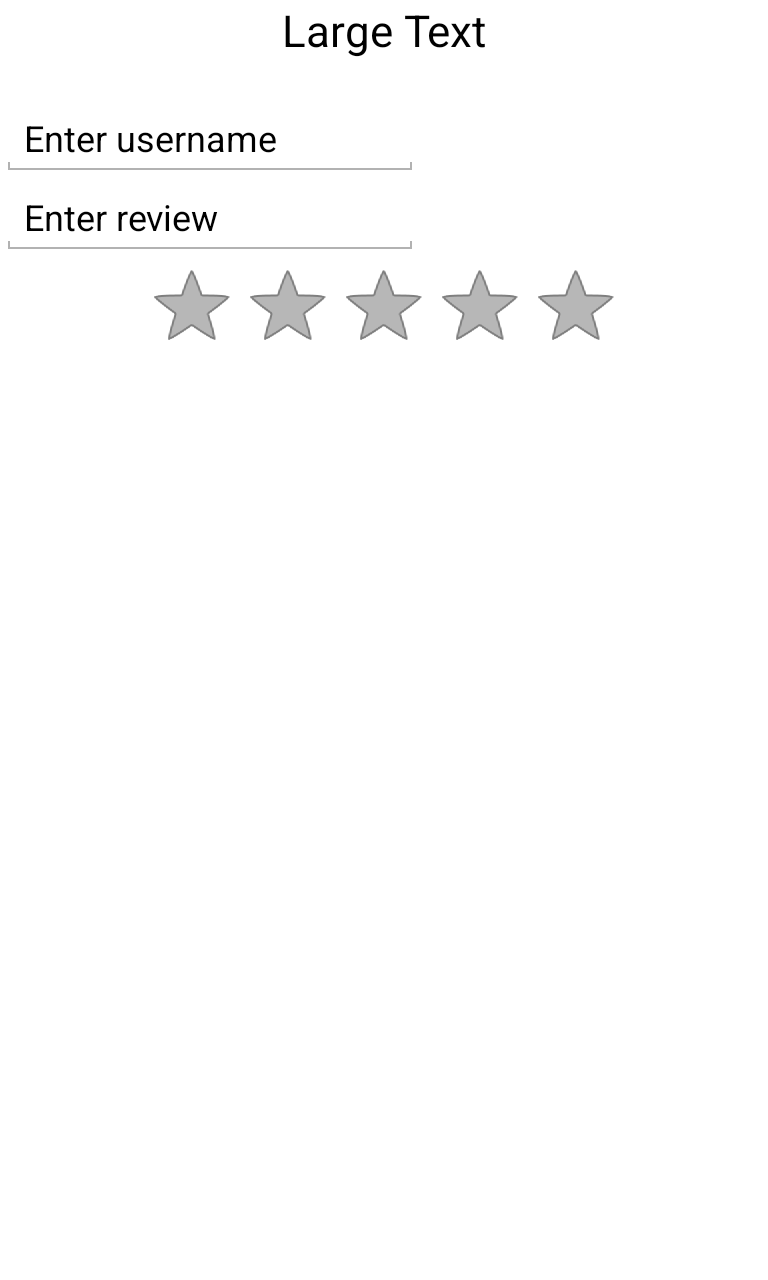
Repository: yash256/atnt
Layout: WNY Farm Fresh/res/layout/dialog.xml
These files come from the project's save history. The layout is drawn as it stood at one moment and after the next save; the edit follows.
It is drawn on a 768 x 1280 px phone screen (xhdpi) without system bars, with theme AppTheme; the app's code is not run.

Above is the layout before, as saved 2014-11-10 20:12:06.

### WNY Farm Fresh/res/layout/dialog.xml
<?xml version="1.0" encoding="utf-8"?>
<GridLayout xmlns:android="http://schemas.android.com/apk/res/android"
    android:layout_width="match_parent"
    android:layout_height="match_parent"
    android:orientation="vertical"
    android:columnCount="8" xmlns:tools="http://schemas.android.com/tools">

    <TextView
        android:id="@+id/add_review_header"
        android:layout_columnSpan="8"
        android:layout_gravity="center_horizontal"
        android:layout_row="0"
        android:text="Large Text"
        android:textAppearance="?android:attr/textAppearanceLarge"
        tools:ignore="HardcodedText" />

    <Space
        android:layout_height="20dp"
        android:layout_columnSpan="8" />

    <EditText
        android:id="@+id/username"
        android:layout_columnSpan="6"
        android:layout_gravity="center_horizontal"
        android:ems="10"
        android:text="@string/username_edittext"
        android:inputType="textPersonName">

    </EditText>
    <EditText
        android:id="@+id/review_text"
        android:layout_columnSpan="6"
        android:layout_gravity="center_horizontal"
        android:ems="10"
        android:text="@string/review_text_edittext"
        android:inputType="textMultiLine">
    </EditText>

    <RatingBar
        android:id="@+id/ratingBar1"
        android:layout_columnSpan="8"
        android:layout_gravity="center_horizontal"
        />

</GridLayout>

### WNY Farm Fresh/res/values/strings.xml
<?xml version="1.0" encoding="utf-8"?>
<resources>

    <string name="app_name">Farmdroid</string>
    <string name="hello_world">Hello world!</string>
    <string name="action_settings">Settings</string>
    <string name="username">username</string>
    <string name="rating">Rating</string>
    <string name="review_text">review text</string>
    <string name="title_activity_main">MainActivity</string>
    <string name="top_items_header_text">Best known for</string>
    <string name="reviews_header">Reviews</string>
	<string name="username_edittext">Enter username</string>
	<string name="review_text_edittext">Enter review</string>
	<string name="add_review_btn">Add Review</string>
</resources>

Loaded but not shown: WNY Farm Fresh/res/values/styles.xml (common file); WNY Farm Fresh/res/values-v11/styles.xml (common file); WNY Farm Fresh/res/values-v14/styles.xml (common file)

After the next save:
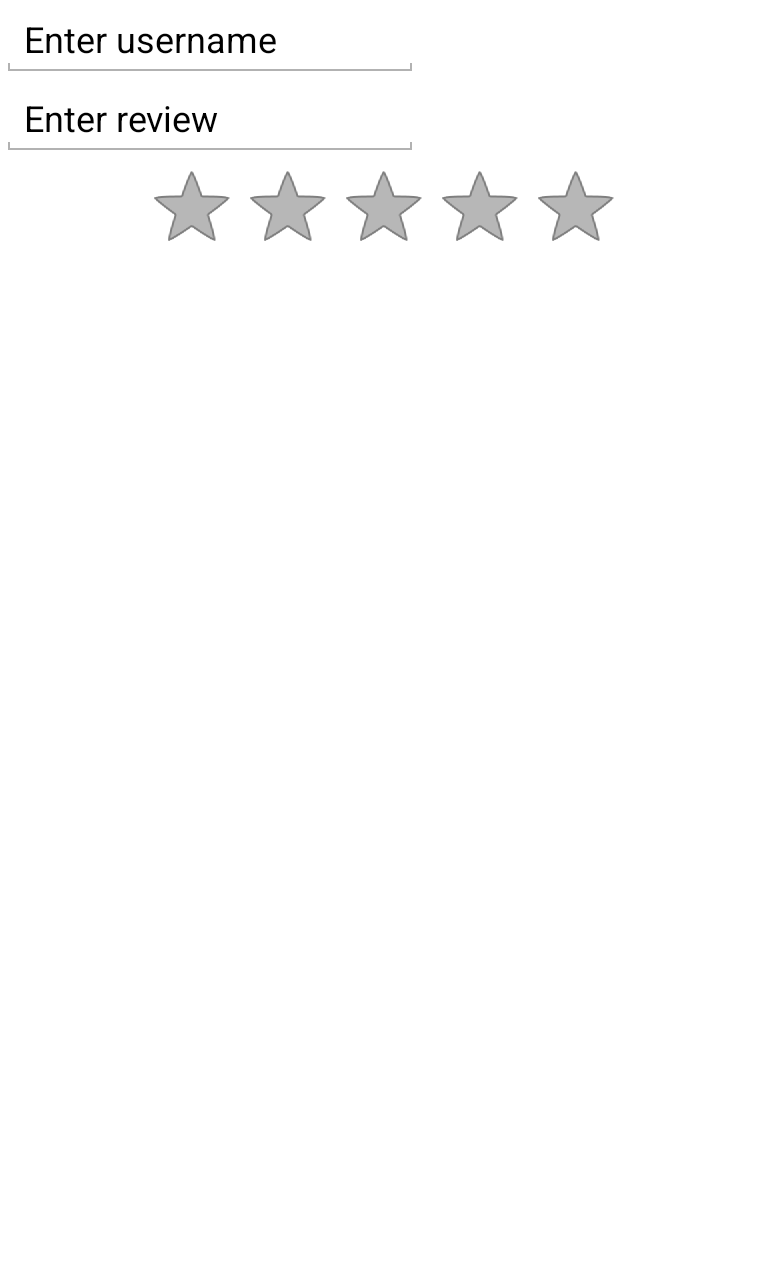
Saved 18 s later.
--- a/WNY Farm Fresh/res/layout/dialog.xml
+++ b/WNY Farm Fresh/res/layout/dialog.xml
@@ -5,18 +5,7 @@
     android:orientation="vertical"
     android:columnCount="8" xmlns:tools="http://schemas.android.com/tools">
 
-    <TextView
-        android:id="@+id/add_review_header"
-        android:layout_columnSpan="8"
-        android:layout_gravity="center_horizontal"
-        android:layout_row="0"
-        android:text="Large Text"
-        android:textAppearance="?android:attr/textAppearanceLarge"
-        tools:ignore="HardcodedText" />
 
-    <Space
-        android:layout_height="20dp"
-        android:layout_columnSpan="8" />
 
     <EditText
         android:id="@+id/username"
